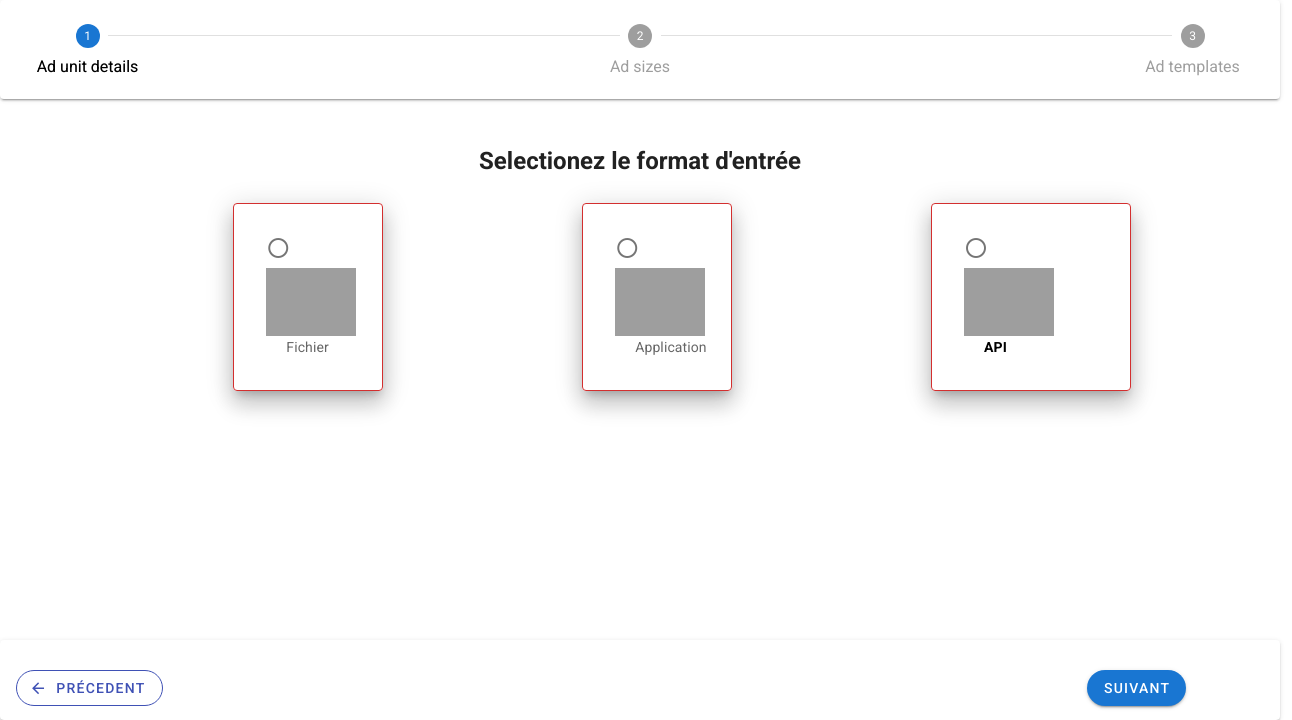
Repository: SidneyHodieb/myc
Page: /addsource/format
These files come from the project's save history. The page is drawn as it stood at one moment and after the next save; the edit follows.
The browser window is 1280 px wide. The page is 1292 px wide, so the pictures cover 1292 px, including what lies to the right of the window. The pictures show the whole page.
Pictures or frames that could not be fetched are drawn as grey boxes. The project was rebuilt for these pictures with package versions that can differ from the ones it lists, and the page was loaded fresh each time. Also part of the build but not shown: vue.config.js, src/views/Home.vue, src/views/addSource/components/card.vue, src/views/addSource/components/trigger.vue.

Above is the page before, as saved 2021-04-04 14:02:54.

### src/App.vue
<template>
  <v-app>
    <v-main>
      <router-view></router-view>
    </v-main>
  </v-app>
</template>

<script>

export default {
  name: 'App',
  data: () => ({
    //
  }),
};
</script>

### src/router/index.js
import Vue from 'vue'
import VueRouter from 'vue-router'
import Home from '../views/Home.vue'
import addSource from '../views/addSource/column'
import format from '../views/addSource/components/format'
import card from '../views/addSource/components/card'
import trigger from '../views/addSource/components/trigger'

Vue.use(VueRouter)

const routes = [
  {
    path: '/',
    name: 'Home',
    component: Home
  },
  {
    path: '/addsource',
    name: 'addSource',
    component: addSource,
    children: [
      {
        path: 'format',
        component: format
      },
      {
        path: 'card',
        component: card
      },
      {
        path: 'trigger',
        component: trigger
      }
    ]
  },
  {
    path: '/about',
    name: 'About',
    // route level code-splitting
    // this generates a separate chunk (about.[hash].js) for this route
    // which is lazy-loaded when the route is visited.
    component: function () {
      return import(/* webpackChunkName: "about" */ '../views/About.vue')
    }
  }
]

const router = new VueRouter({
  mode: 'history',
  base: process.env.BASE_URL,
  routes
})

export default router

### src/views/addSource/column.vue
<template>
  <div>
    <!-- Header -->
      <v-stepper alt-labels>
          <v-stepper-header>
            <v-stepper-step step="1">
              Ad unit details
            </v-stepper-step>

            <v-divider></v-divider>

            <v-stepper-step step="2">
              Ad sizes
            </v-stepper-step>

            <v-divider></v-divider>

            <v-stepper-step step="3">
              Ad templates
            </v-stepper-step>
          </v-stepper-header>
        </v-stepper>

        <!-- Content -->
        <router-view></router-view>
        <!--Footer  -->

<v-card class="card-bottom">

    <v-row>
       <v-col>
       <v-btn
       class="ml-4"
      rounded
      outlined
      color="indigo"
    >
     <v-icon left>
        mdi-arrow-left
      </v-icon>
      Précedent
    </v-btn>
       </v-col>

  <v-col offset-md="8" offset-sm="8">
      <v-btn
      rounded
      color="primary"
      dark
    >
      Suivant
    </v-btn>
      </v-col>
      </v-row>
    </v-card>

  </div>
</template>

<script>
export default {

}
</script>

<style lang="scss" scoped>

.card-bottom{
  position: absolute;bottom: 0;width:100%; height: 50px; padding-bottom:50px; padding-top:30px
}

</style>

### src/views/addSource/components/format.vue
<template>
  <v-container fluid grid-list-md>
    <v-radio-group row>
      <v-col md="12" sm="12" class="text-center">
        <h2>Selectionez le format d'entrée</h2>
      </v-col>
      <v-col offset-md="2">
        <v-card elevation="14" width="150">
          <v-alert outlined color="red darken-2">
          <v-card-text>
            <v-radio
                color="green"
                value="file"
                class="mb-2"
              ></v-radio>
            <div>
          <v-img
           width="90"
            src="https://www.flaticon.com/svg/vstatic/svg/786/786788.svg?token=exp=1617473650~hmac=f02174a0ee444bdd71a855da4ad95c3d"
        ></v-img>
        <span class="textCard text--secondary">Fichier</span>
        </div>
         </v-card-text>
          </v-alert>
        </v-card>
      </v-col>
      <v-col>
        <v-card elevation="14" width="150">
          <v-alert outlined color="red darken-2">
          <v-card-text>
            <v-radio
                color="blue"
                value="app"
                class="mb-2"
              ></v-radio>
          <v-img
           width="90"
            src="https://www.flaticon.com/svg/vstatic/svg/2306/2306016.svg?token=exp=1617475854~hmac=35e4e709fb9fa1338bb7b9cd5032613a"
        ></v-img>
         <span class="textCard text--secondary">Application</span>
         </v-card-text>
          </v-alert>
        </v-card>
      </v-col>
      <v-col>
        <v-card elevation="14" width="200">
          <v-alert outlined color="red darken-2">
           <v-card-text>
             <v-radio
                color="red"
                value="api"
                class="mb-2"
              ></v-radio>
          <v-img
           width="90"
            src="https://www.flaticon.com/svg/vstatic/svg/994/994152.svg?token=exp=1617476036~hmac=b132b4a2ee4139281536cfde68b7345e"
        ></v-img>
         <span class="textCard font-weight-bold">API</span>
         </v-card-text>
          </v-alert>
        </v-card>
      </v-col>
    </v-radio-group>
  </v-container>
</template>

<script>
export default {
  data () {
      return {
        checkbox: true,
      }
    },
}
</script>

<style lang="scss" scoped>

.checkbox-round {
    width: 1.3em;
    height: 1.3em;
    background-color: white;
    border-radius: 50%;
    vertical-align: middle;
    border: 1px solid #ddd;
    -webkit-appearance: none;
    outline: none;
    cursor: pointer;
};

.textCard{
    color:black;
    margin-left:20px;
    margin-top:10px
}

</style>

Loaded but not shown: public/index.html (common file); src/main.js (common file); src/store/index.js (common file); src/plugins/vuetify.js (common file)

After the next save:
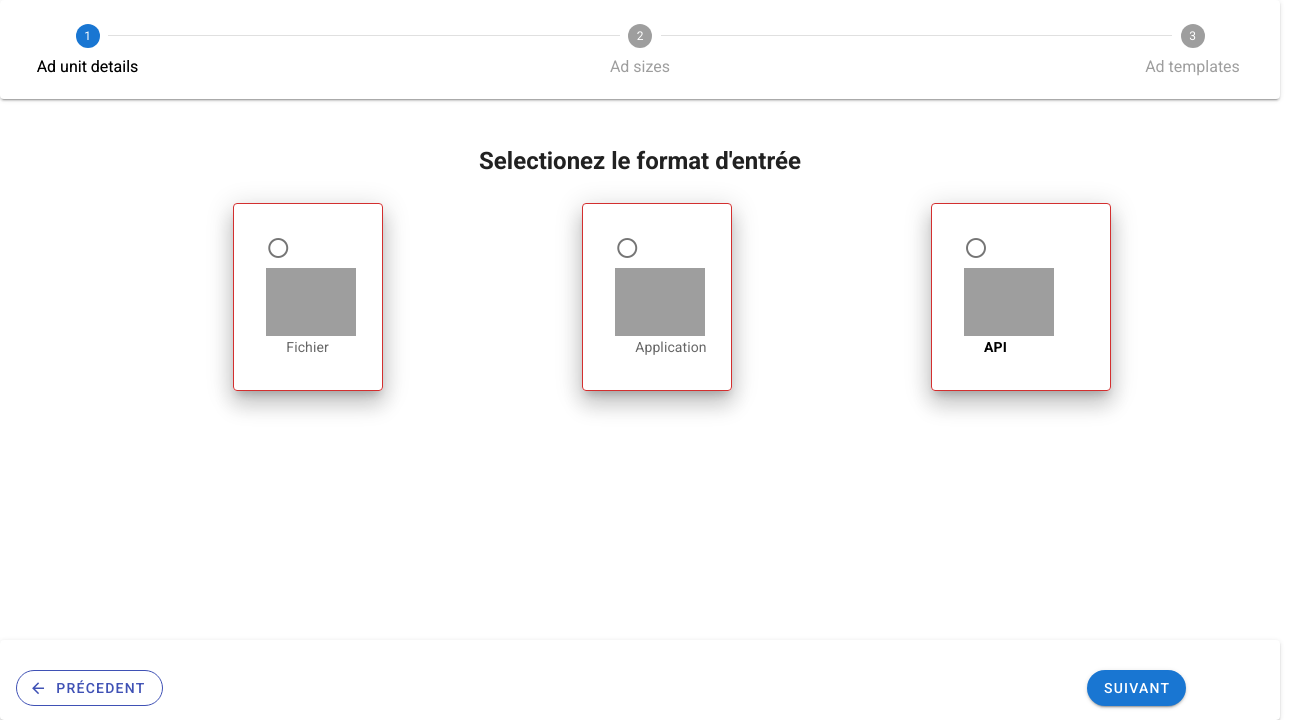
Saved 15 s later.
--- a/src/views/addSource/components/format.vue
+++ b/src/views/addSource/components/format.vue
@@ -43,7 +43,7 @@
         </v-card>
       </v-col>
       <v-col>
-        <v-card elevation="14" width="200">
+        <v-card elevation="14" width="180">
           <v-alert outlined color="red darken-2">
            <v-card-text>
              <v-radio
